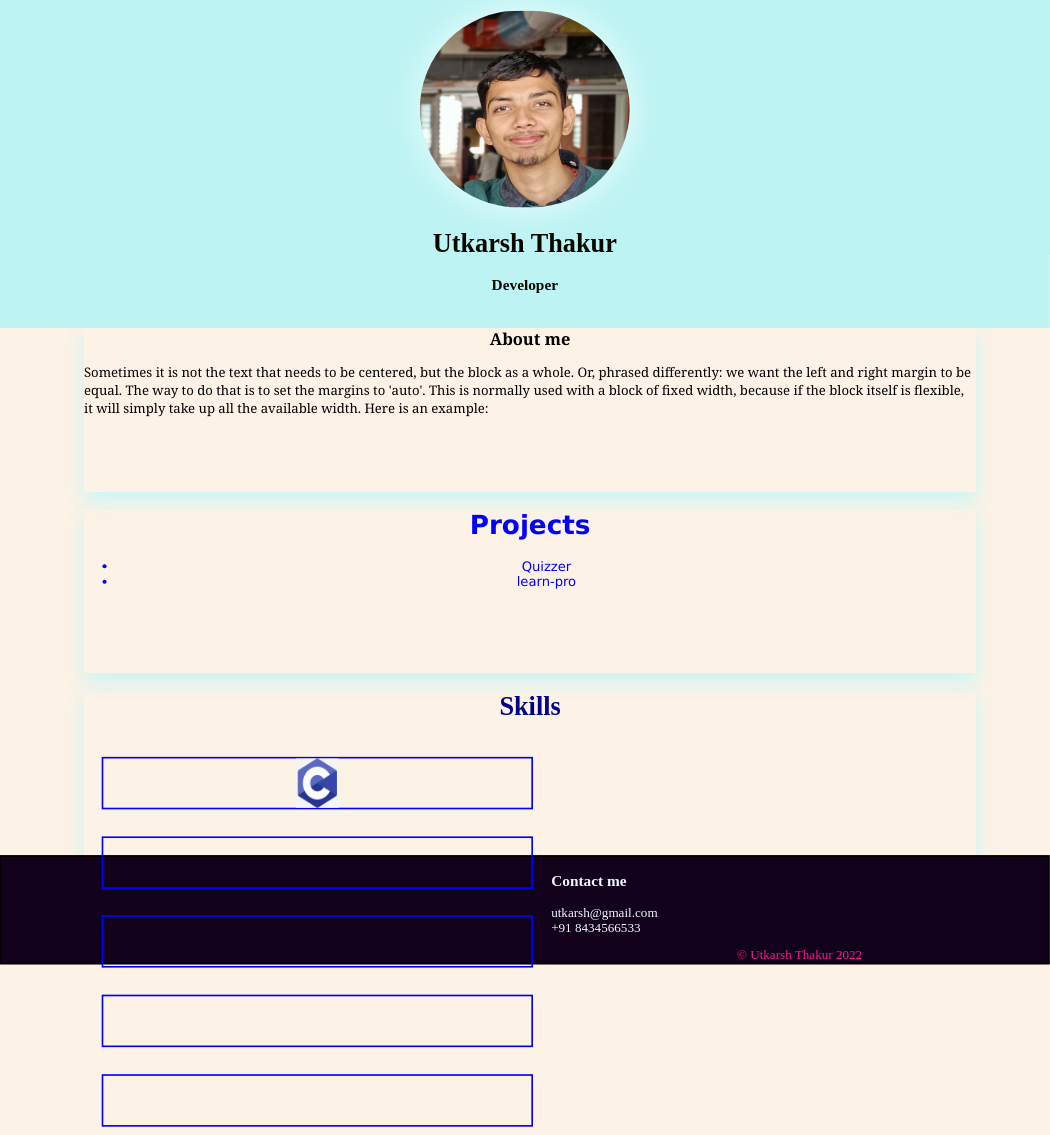
Repository: UtkarshThakur321/Utkarsh-Thakur-Profile
Page: index.html
The author's editor kept a copy of each file at every save. The page is drawn from the files as they stood at one save, then again after the next save.
The browser window is 1280 px wide. The pictures show the whole page, at 82% of full size.

Above is the page before, as saved 2022-01-23 00:05:14.
Not found: main.js

After the next save:
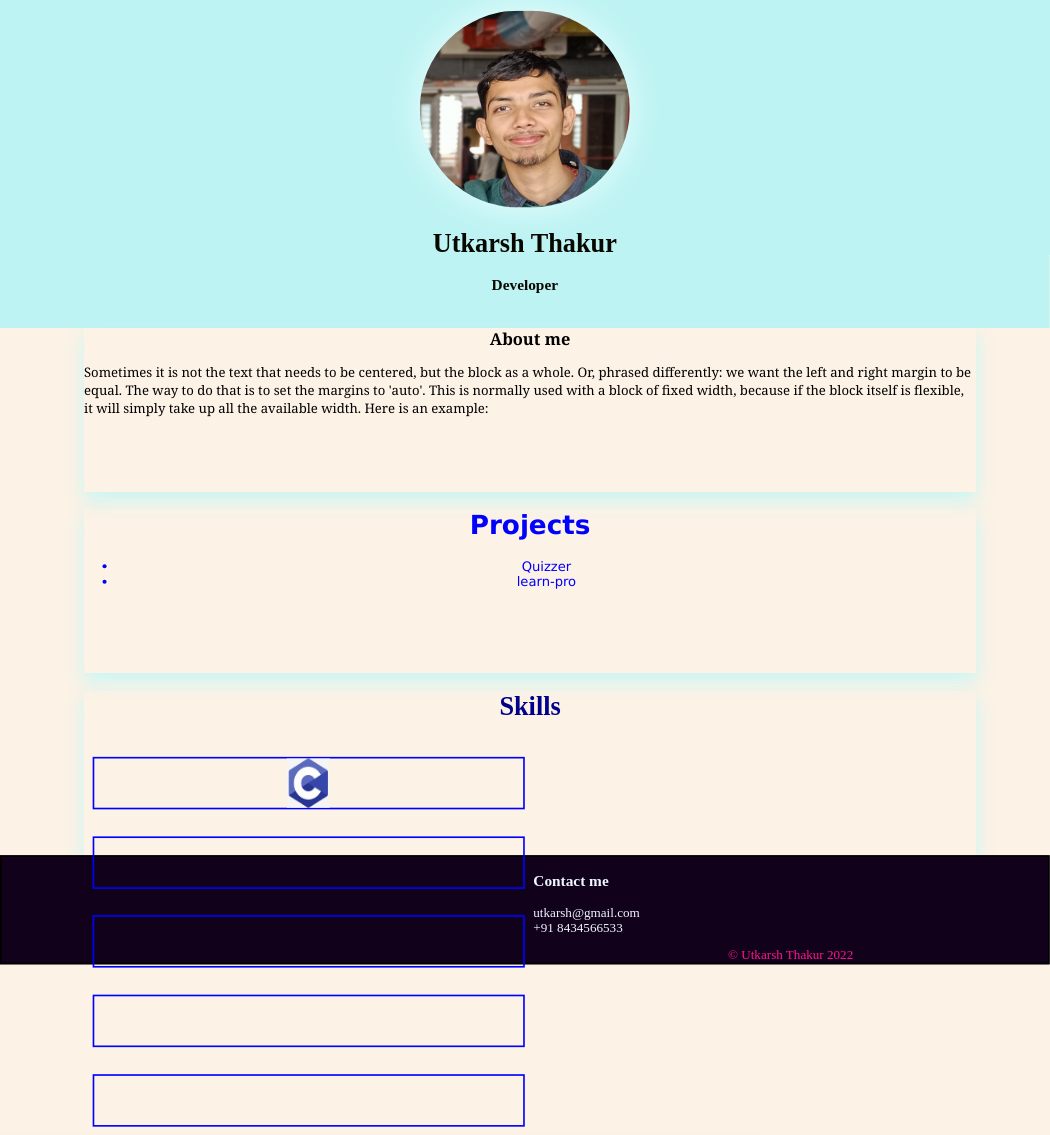
Saved 7 s later.
--- a/index.css
+++ b/index.css
@@ -78,7 +78,7 @@ body{
 }
 .skillsContent{
     height:60px;
-    margin:2% 2% 1%;
+    margin:2% 1% 1%;
     width:48%;
     float:left;
 
